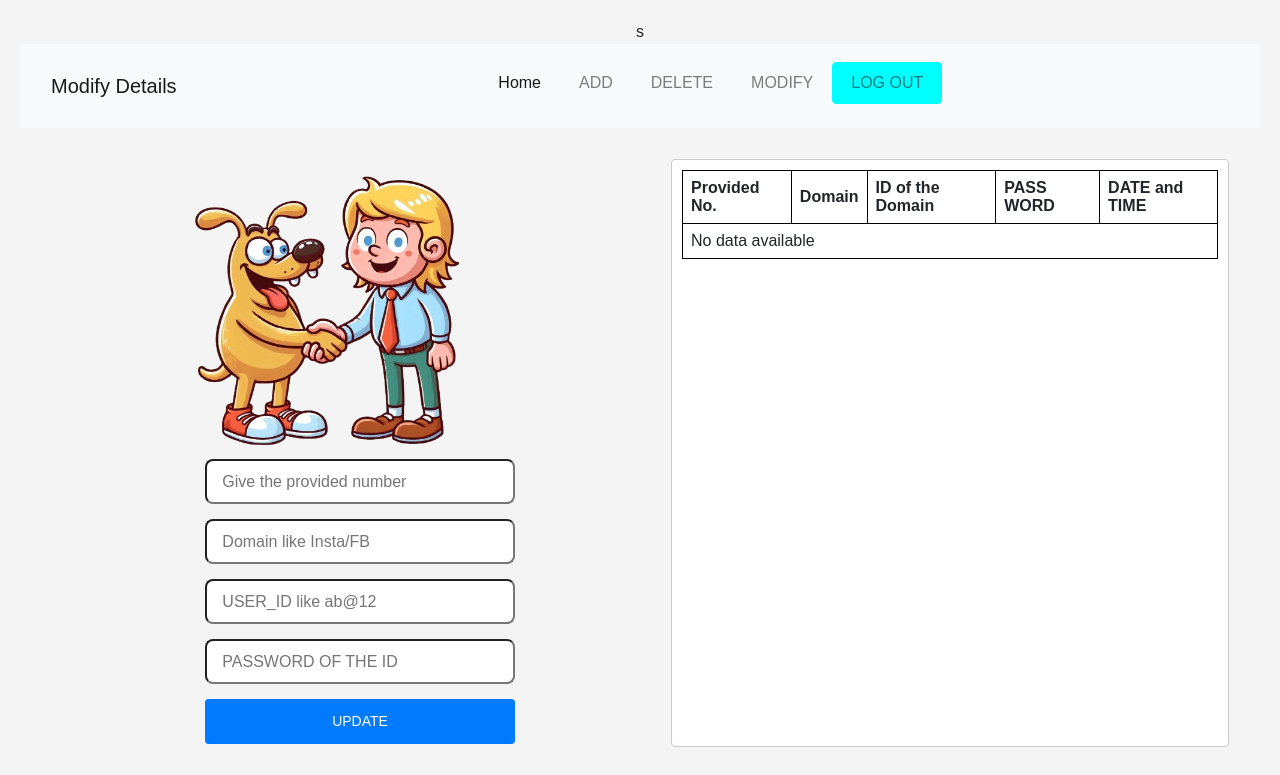
Repository: wizzy-abhishek/Projects
Page: http://localhost/Iam_Doing/Modify.jsp
These files come from the project's save history. The page is drawn as it stood at one moment and after the next save; the edit follows.
The browser window is 1280 px wide. The pictures show the whole page.
Some web libraries are served in a nearby version. The page is served by Tomcat 10. Nobody is signed in. The application's start-up code is not run.

Above is the page before, as saved 2024-06-29 08:24:59.

After the next save:
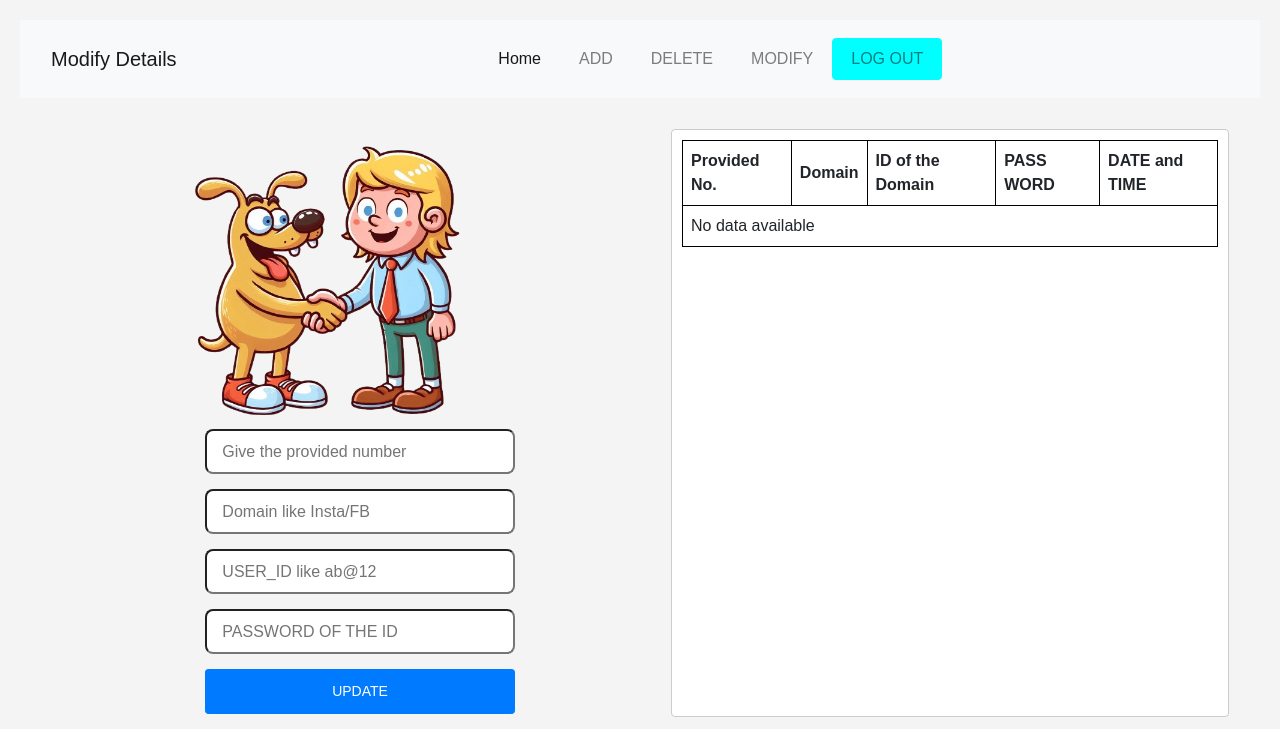
Saved 19 s later.
--- a/Iam_Doing/src/main/webapp/Modify.jsp
+++ b/Iam_Doing/src/main/webapp/Modify.jsp
@@ -1,6 +1,6 @@
 <%@ page language="java" contentType="text/html; charset=UTF-8"
-    pageEncoding="UTF-8" errorPage = "ProblemOccured.jsp" %>s
-<%@ page import="java.util.List" %>
+    pageEncoding="UTF-8" errorPage = "ProblemOccured.jsp" %>
+    <%@ page import="java.util.List" %>
 <%@ page import="com.pojo.RealInfo" %>
 <%@ page import="java.util.ArrayList" %>
 <%@ page import="com.encrption_decryption.EncryptDecrypt"  %>
